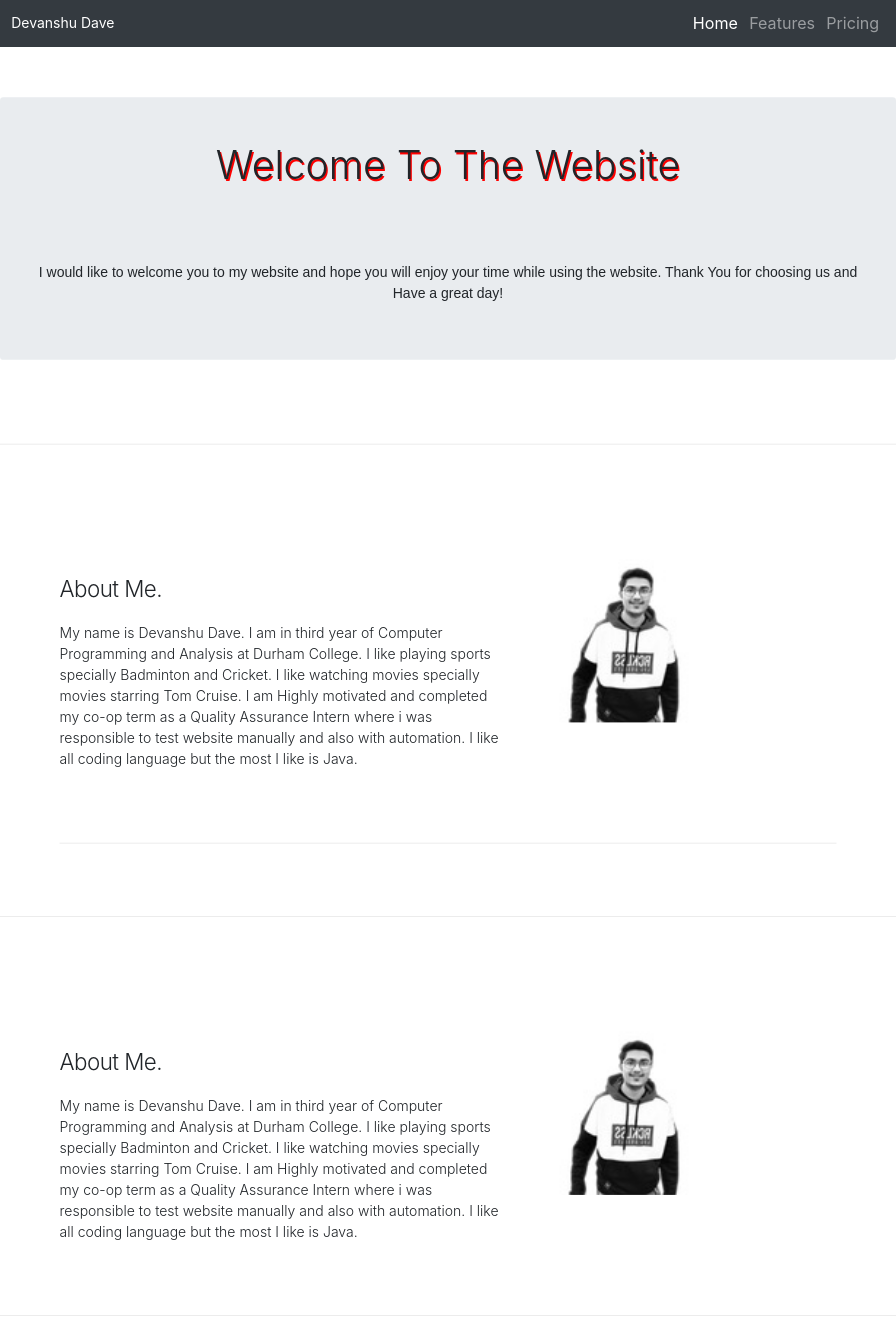
Repository: devanshudave1901/Mobile-Dev-Website
Page: index.html
The author's editor kept a copy of each file at every save. The page is drawn from the files as they stood at one save, then again after the next save.
The browser window is 1280 px wide. The pictures show the whole page, at 70% of full size.
Some web libraries are served in a nearby version.

Above is the page before, as saved 2022-10-05 01:10:01.

After the next save:
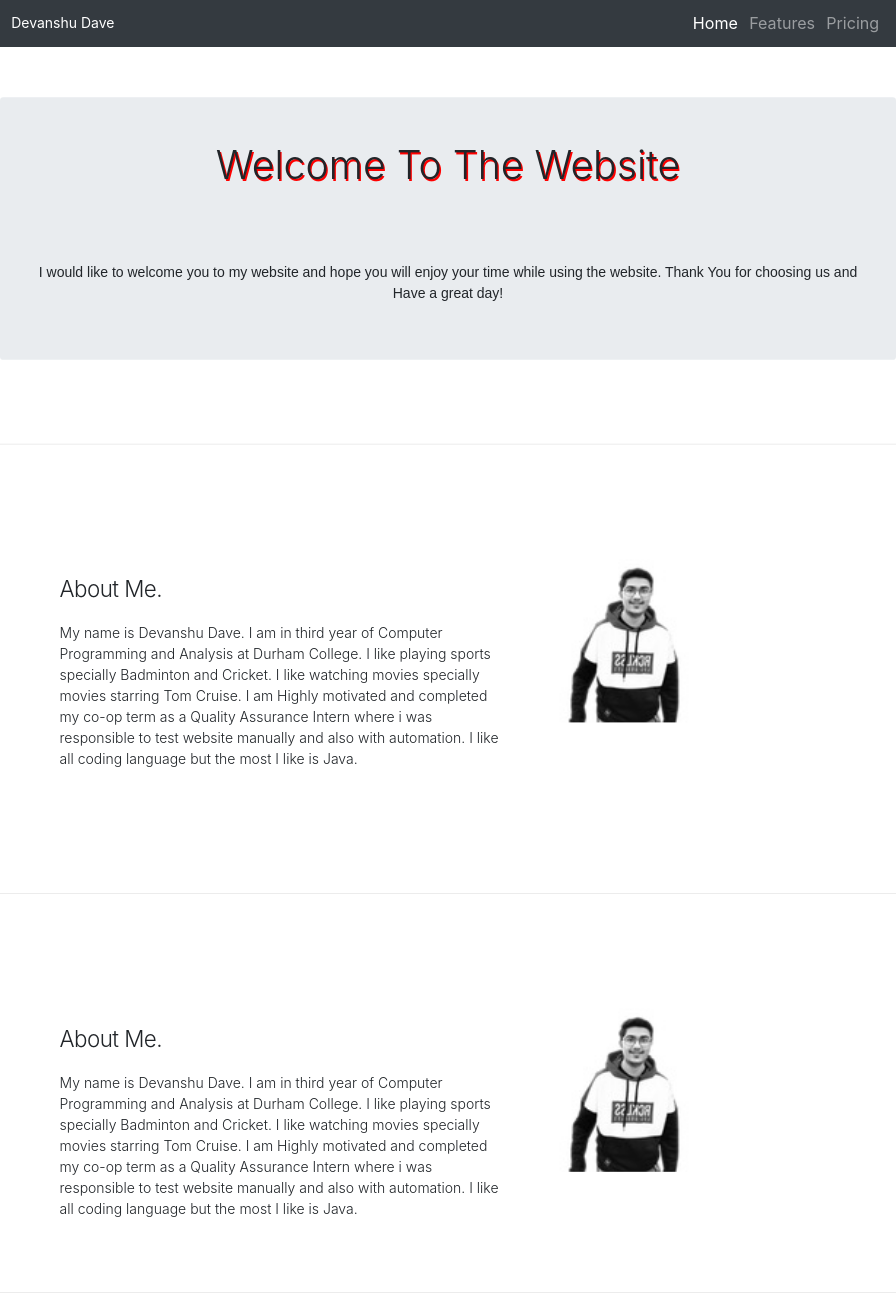
Saved 14 s later.
--- a/index.html
+++ b/index.html
@@ -121,7 +121,6 @@
       <br />
       <br />
       <br />
-      <hr />
     </div>
     <br />
     <br />
